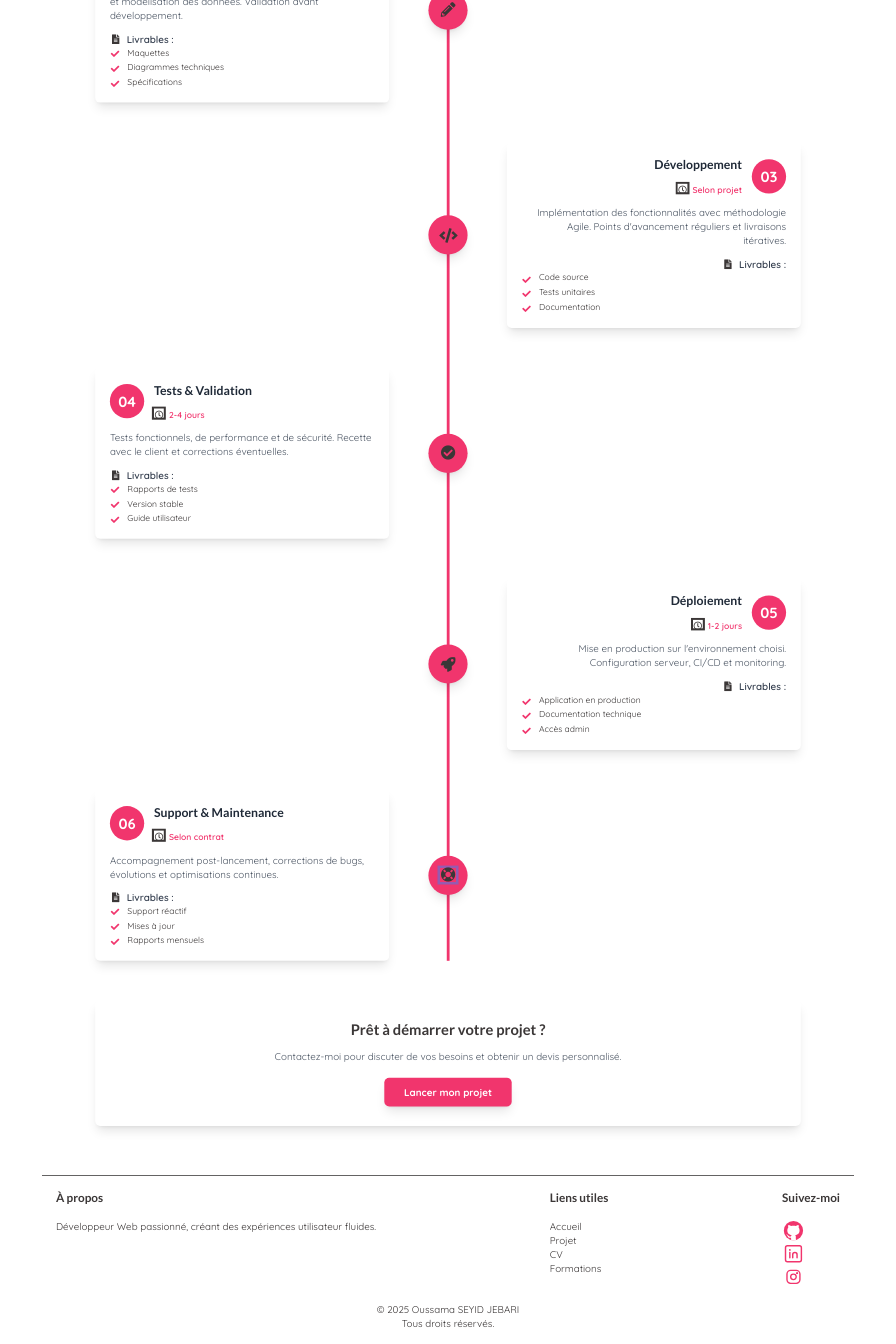
Repository: OussamSJ/Portfolio
Page: /projet
An editor plug-in stored every save of this project. The page is shown before and after the next save, followed by the edit.
The browser window is 1280 px wide. The pictures show the part of the page from y = 2212 to 4132 px (the page is 4132 px tall), at 70% of full size.
The project was rebuilt for these pictures with package versions that can differ from the ones it lists, and the page was loaded fresh each time. Also part of the build but not shown: src/ContactForm.js, src/Services.js, src/Badgescertifications.js, src/Home.js, src/Cv.js, src/Expcomponent.js, src/Experiences.js, src/FormationComponent.js and 6 more.

Above is the page before, as saved 2026-02-06 18:04:26.

After the next save:
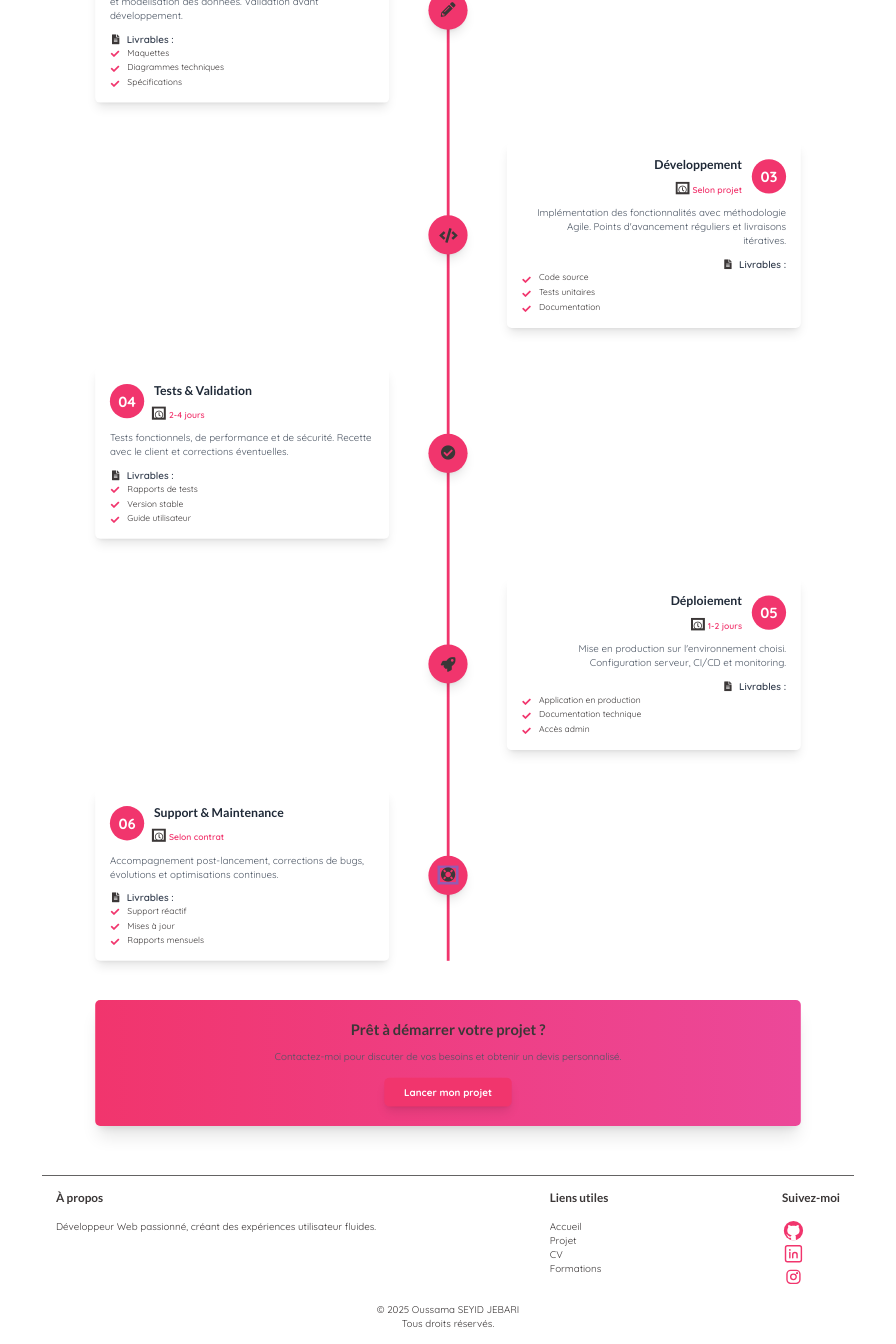
Saved 3 min 35 s later.
--- a/src/Processus.js
+++ b/src/Processus.js
@@ -139,7 +139,7 @@ export default function Processus() {
         </div>
 
         {/* Call to Action */}
-        <div className="text-center mt-12 bg-white p-8 rounded-lg shadow-lg">
+        <div className="mt-16 bg-gradient-to-r from-primary to-pink-500 text-white p-8 rounded-lg shadow-xl text-center">
           <h3 className="text-2xl font-bold mb-4">Prêt à démarrer votre projet ?</h3>
           <p className="text-gray-600 mb-6">
             Contactez-moi pour discuter de vos besoins et obtenir un devis personnalisé.
